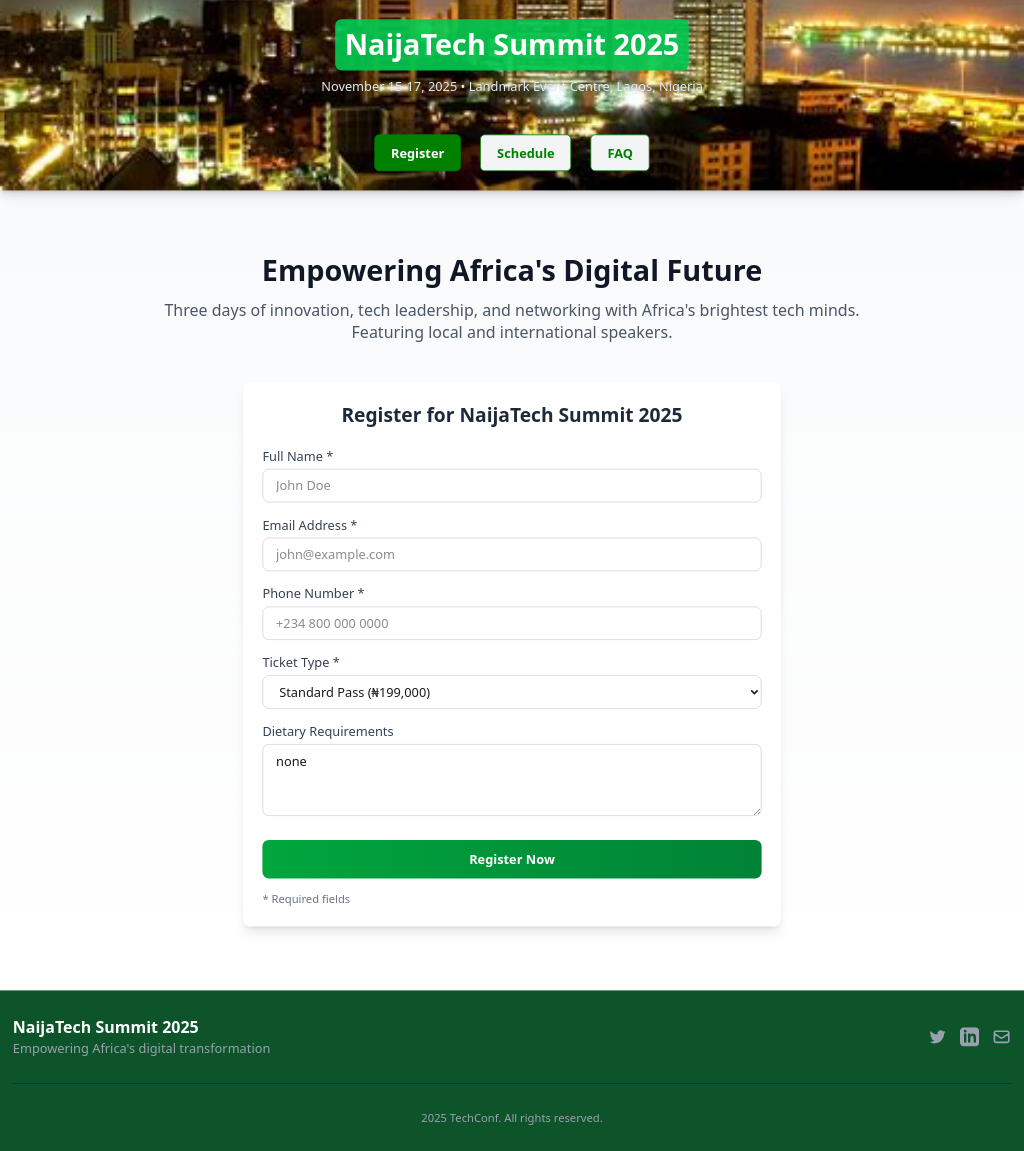
Repository: AYANO-EMMANUEL/fictional-tech-conf-event
Page: /
These files come from the project's save history. The page is drawn as it stood at one moment and after the next save; the edit follows.
The browser window is 1280 px wide. The pictures show the whole page, at 80% of full size.
The project was rebuilt for these pictures with package versions that can differ from the ones it lists, and the page was loaded fresh each time. Also part of the build but not shown: vite.config.ts, src/components/Schedule/Schedule.tsx, src/components/FAQ/FAQ.tsx.

Above is the page before, as saved 2025-08-06 14:22:11.

After the next save:
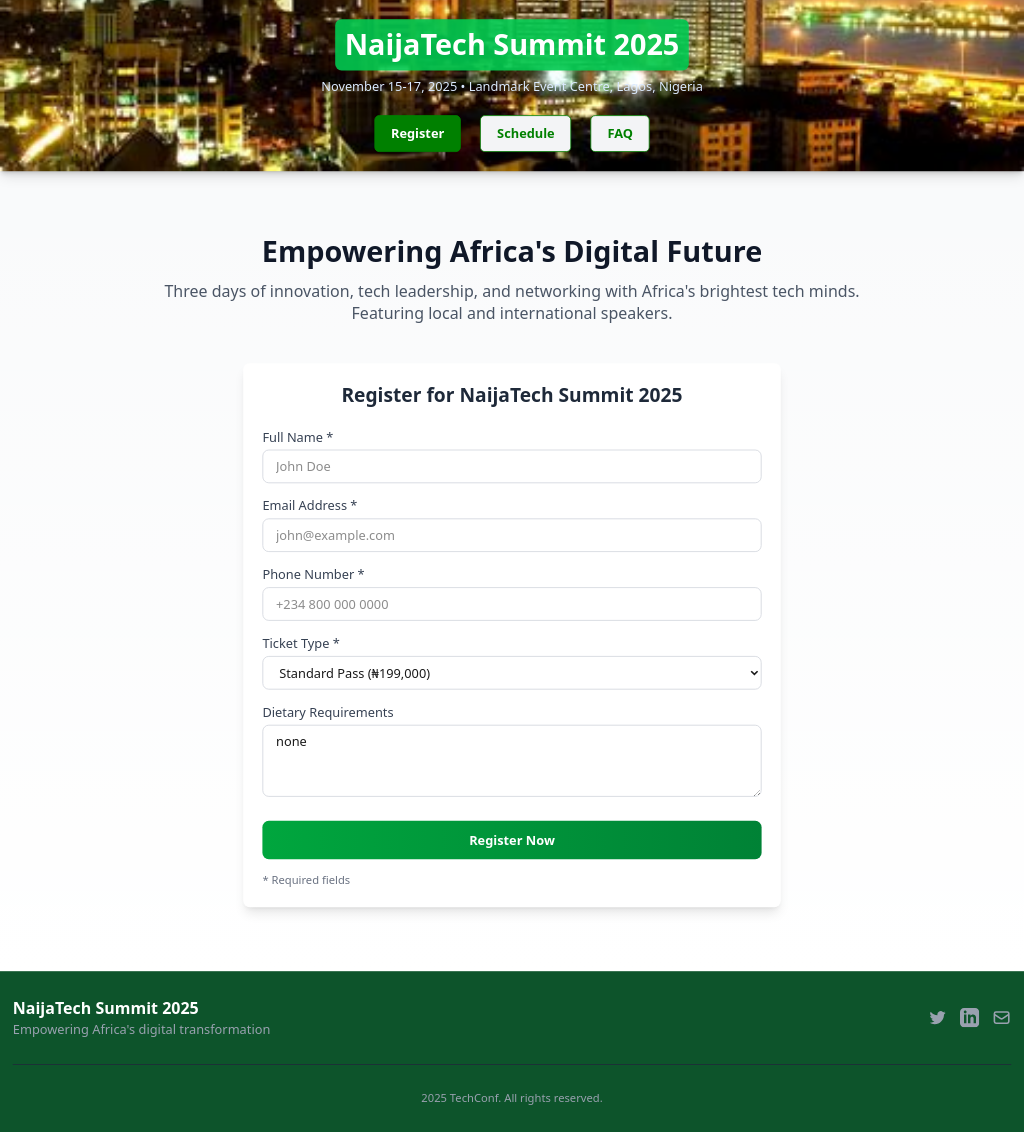
Saved 26 s later.
--- a/src/App.tsx
+++ b/src/App.tsx
@@ -11,7 +11,7 @@ function App() {
     <div className="min-h-screen bg-gray-50">
       {/* Header */}
       <header className="bg-gradient-to-r text-center from-green-500 to-green-700 bg-cover bg-bottom bg-[url('../src/assets/tnigeria-bg.jpeg')] text-white shadow-lg">
-        <div className="container mx-auto px-4 py-6">
+        <div className="container mx-auto px-4 pt-6">
           <h1 className="text-3xl md:text-4xl w-max inline-block p-3 rounded-lg bg-green-500/90 font-bold mb-2">NaijaTech Summit 2025</h1>
           <p className="text-blue-100">November 15-17, 2025 • Landmark Event Centre, Lagos, Nigeria</p>
         </div>
